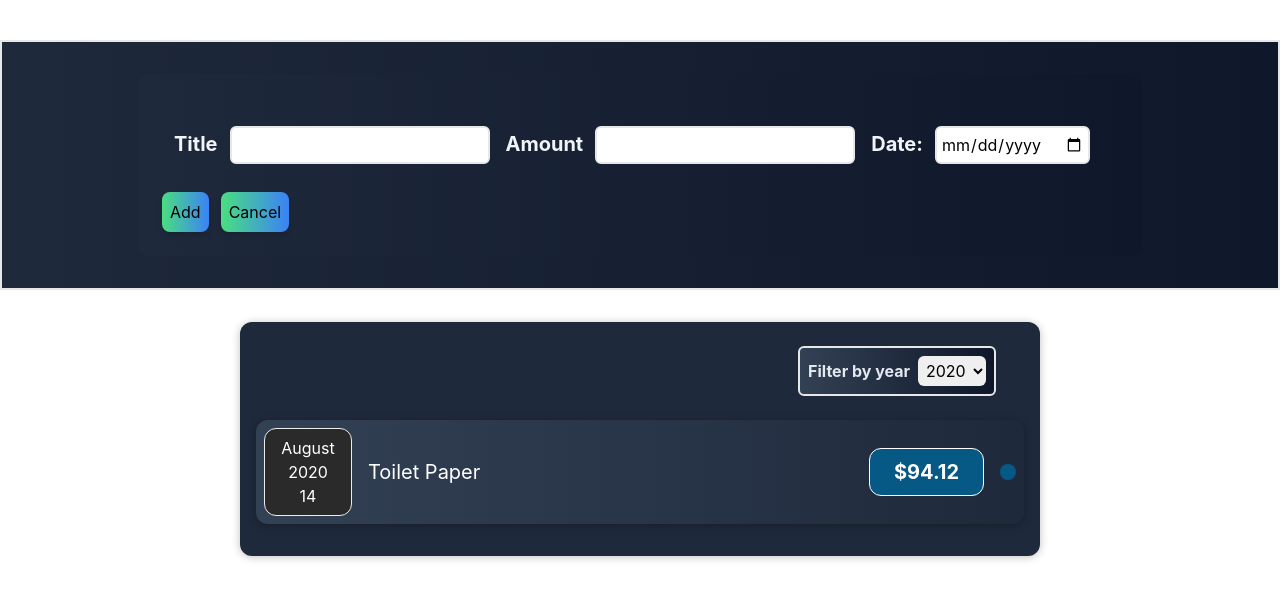
Repository: Sef24/expense-tracker
Page: /, after clicking the first element matching `button`
These files come from the project's save history. The page is drawn as it stood at one moment and after a run of saves; the edit follows.
The browser window is 1280 px wide. The pictures show the whole page.
The project was rebuilt for these pictures with package versions that can differ from the ones it lists, and the page was loaded fresh each time. Also part of the build but not shown: src/components/NewExpense/NewExpense.css, src/components/NewExpense/ExpenseForm.css.

Above is the page before, as saved 2022-05-03 16:42:33.

After the next 2 saves:
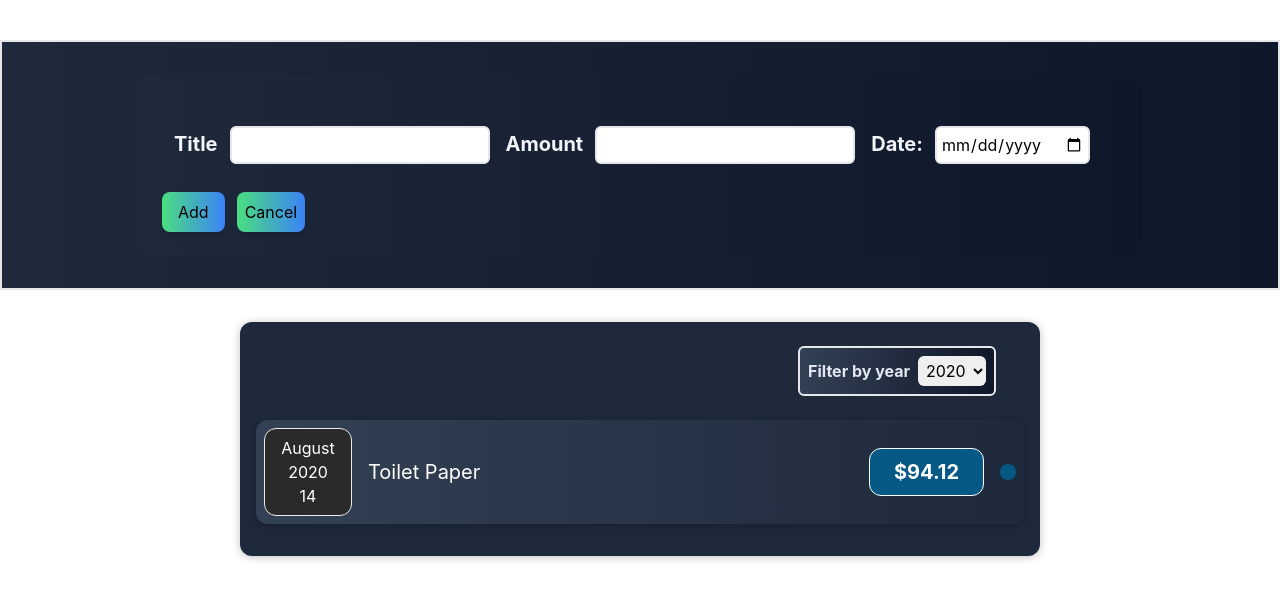
The 2 saves are shown as one change because they came seconds apart.
The last was saved 20 s later.
--- a/src/components/NewExpense/ExpenseForm.js
+++ b/src/components/NewExpense/ExpenseForm.js
@@ -67,7 +67,7 @@ function ExpenseForm(props) {
       <div className="flex flex-grow space-x-3 ">
         <button
           type="submit"
-          className="p-2 mt-4 border-3 border-solid rounded-lg shadow-md
+          className="p-2 mt-4 px-4 border-3 border-solid rounded-lg shadow-md
           bg-gradient-to-r from-green-400 to-blue-500
           hover:from-pink-500 hover:to-yellow-500 ...
           active:opacity-75"
